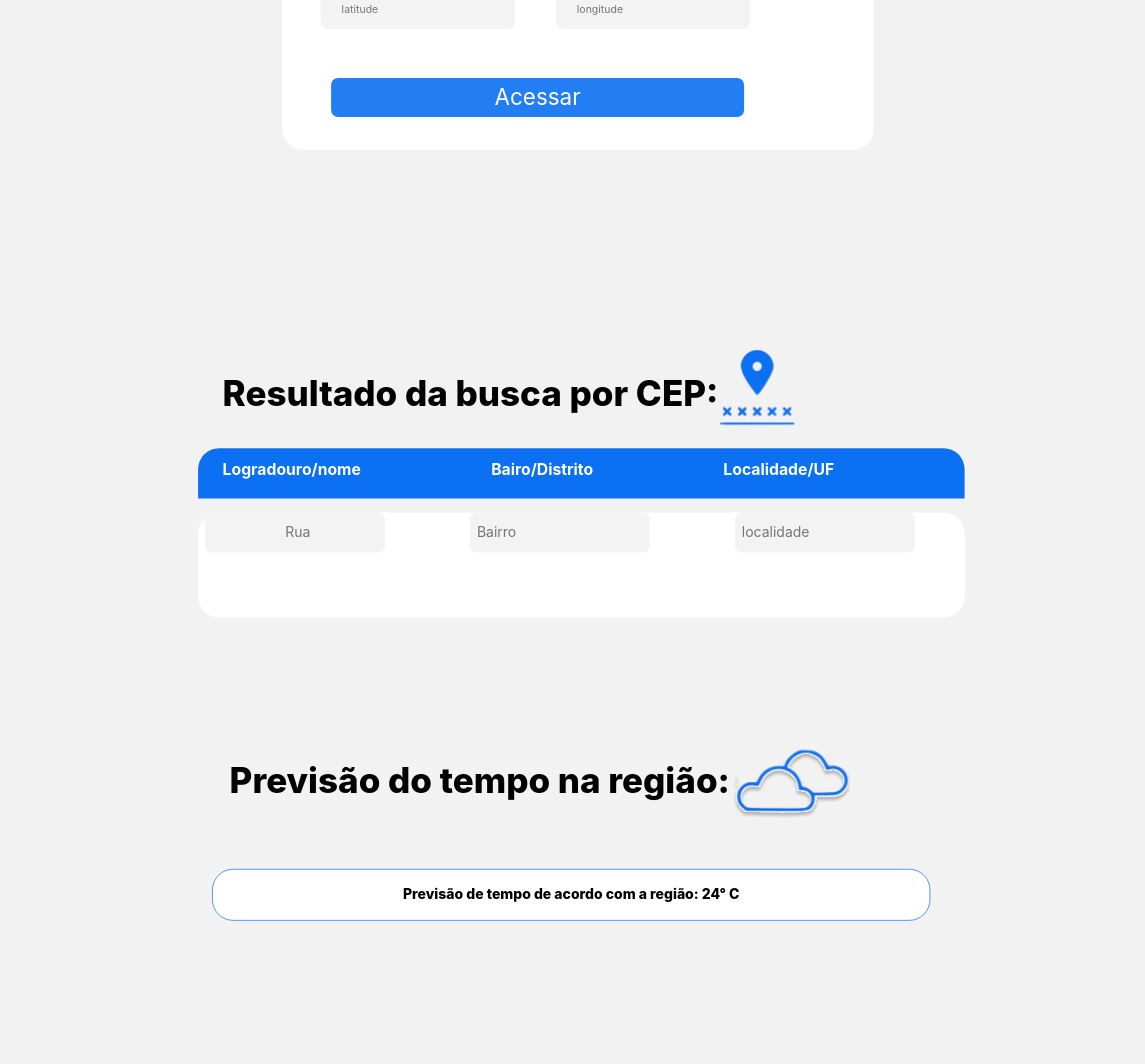
Repository: CyberAri/DNC-API
Page: index.html
These files come from the project's save history. The page is drawn as it stood at one moment and after the next save; the edit follows.
The browser window is 1280 px wide. The page is 1636 px wide, so the pictures cover 1636 px, including what lies to the right of the window. The pictures show the part of the page from y = 1415 to 2935 px (the page is 3075 px tall), at 70% of full size.

Above is the page before, as saved 2024-03-18 23:50:34.

After the next save:
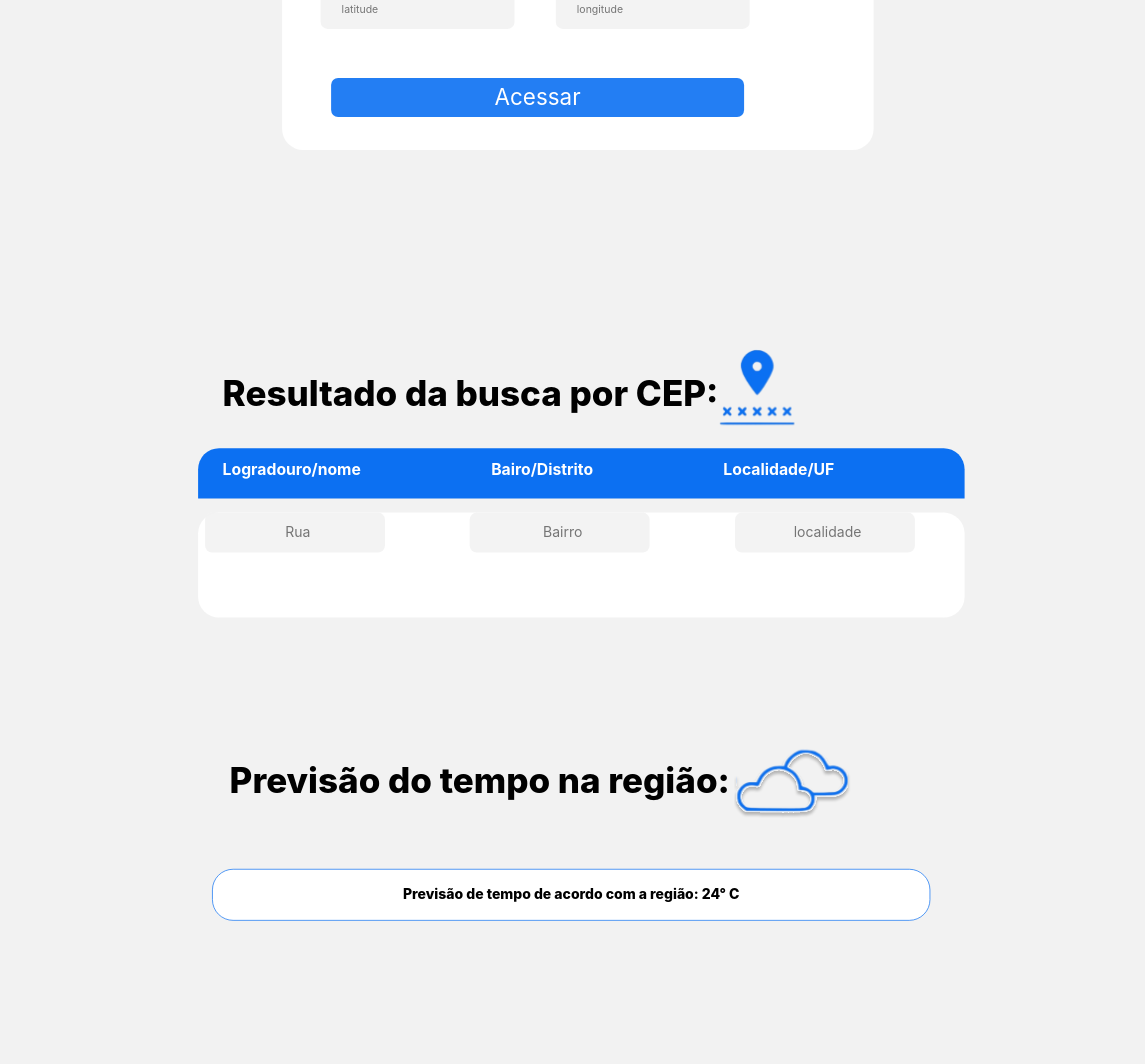
Saved 73 s later.
--- a/style.css
+++ b/style.css
@@ -208,6 +208,7 @@ h1{
     border: 0px;
     font-size: 20px;
     color: black;
+    text-align: center;
 }
 #localidade{
     width: 245px;
@@ -218,6 +219,7 @@ h1{
     border: 0px;
     font-size: 20px;
     color: black;
+    text-align: center;
 }
 
 #part3{
